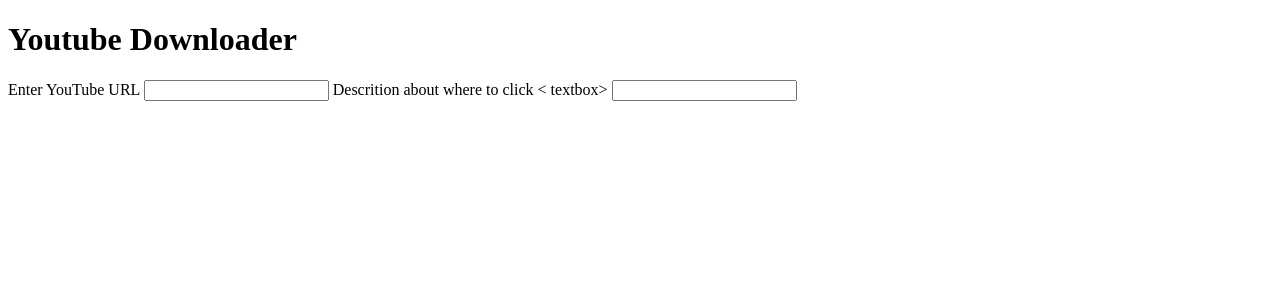
Repository: HadiaMasood/YoutubeDownloader-And-Clipper
Page: Youtube.html
These files come from the project's save history. The page is drawn as it stood at one moment and after a run of saves; the edit follows.
The browser window is 1280 px wide. The pictures show the whole page.

Above is the page before, as saved 2026-04-01 12:25:21.

### Youtube.html
<!DOCTYPE html>
<html lang="en">
<head>
    <meta charset="UTF-8">
    <meta name="viewport" content="width=device-width, initial-scale=1.0">
    <title>Document</title>
</head>
<body>

    <h1>

        Youtube Downloader
    </h1>

    <form action="">


        <label for="">Enter YouTube URL</label>
<input type="url">
        <label for="">Descrition about where to click </label>
       < textbox>

        <input type="text">
    </form>

</body>
</html>

After the next 2 saves:
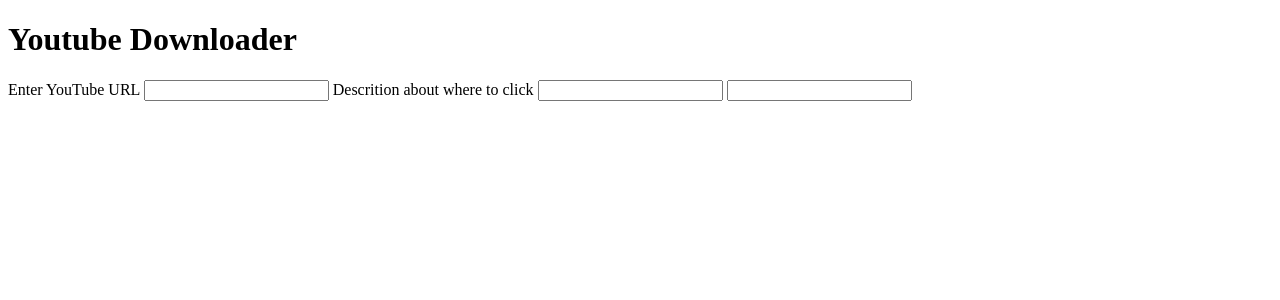
The 2 saves are shown as one change because they came seconds apart.
The last was saved 8 s later.
--- a/Youtube.html
+++ b/Youtube.html
@@ -18,7 +18,7 @@
         <label for="">Enter YouTube URL</label>
 <input type="url">
         <label for="">Descrition about where to click </label>
-       < textbox>
+<input type="text">
 
         <input type="text">
     </form>
